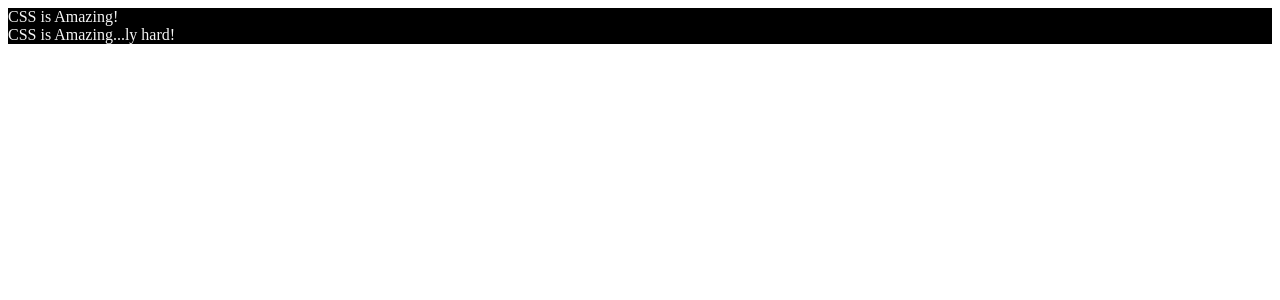
Repository: sammkrt/saltPrecourse
Page: css-trainingGround/cssInHead.html
An editor plug-in stored every save of this project. The page is shown before and after the next save, followed by the edit.
The browser window is 1280 px wide. The pictures show the whole page.

Above is the page before, as saved 2022-12-22 10:06:40.

### css-trainingGround/cssInHead.html
<!DOCTYPE html>
<html lang="en">
<head>
    <meta charset="UTF-8">
    <meta http-equiv="X-UA-Compatible" content="IE=edge">
    <meta name="viewport" content="width=device-width, initial-scale=1.0">
    <title>Document</title>
    <style>
        div {
            background-color: black;
            color: whitesmoke;
        }
    </style>
</head>
<body>
    <div class="positive">CSS is Amazing!</div>
    <div class="negative">CSS is Amazing...ly hard!</div>
</body>
</html>

After the next save:
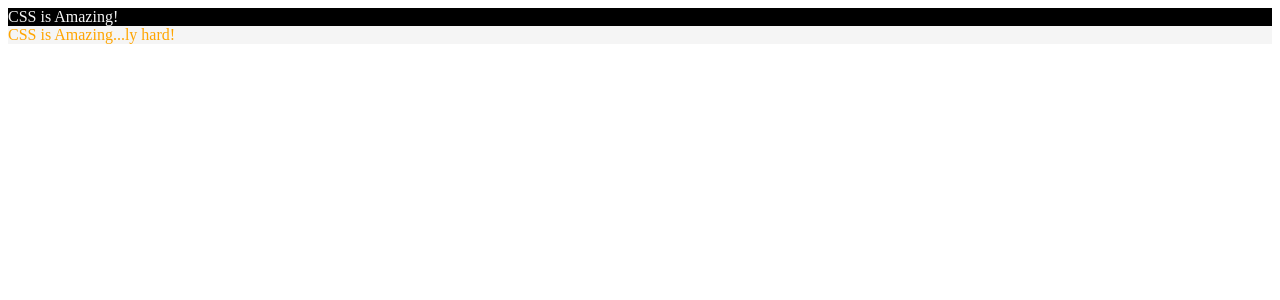
Saved 105 s later.
--- a/css-trainingGround/cssInHead.html
+++ b/css-trainingGround/cssInHead.html
@@ -13,7 +13,7 @@
     </style>
 </head>
 <body>
-    <div class="positive">CSS is Amazing!</div>
-    <div class="negative">CSS is Amazing...ly hard!</div>
+    <div>CSS is Amazing!</div>
+    <div style="background-color: whitesmoke; color: orange;">CSS is Amazing...ly hard!</div>
 </body>
 </html>
